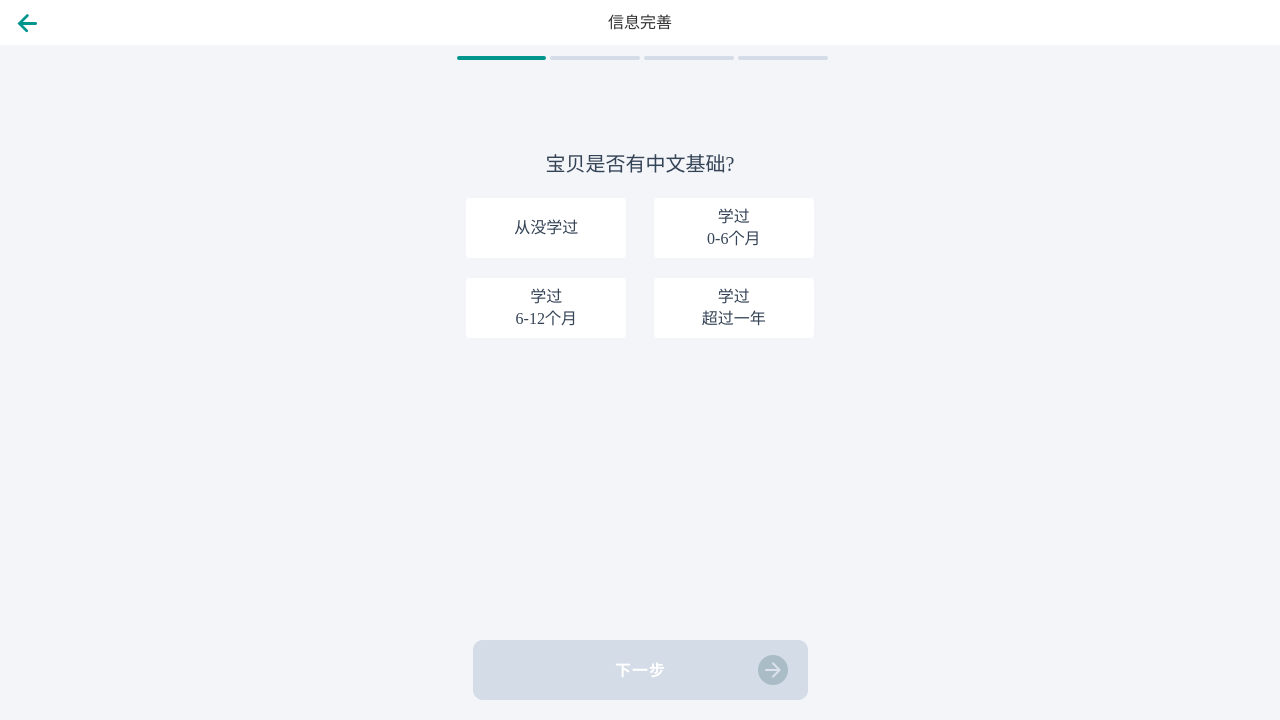
Repository: huangjf1/1
Page: /
An editor plug-in stored every save of this project. The page is shown before and after the next save, followed by the edit.
The browser window is 1280 px wide. The pictures show the whole page.
The project was rebuilt for these pictures with package versions that can differ from the ones it lists, and the page was loaded fresh each time. Also part of the build but not shown: vue.config.js.

Above is the page before, as saved 2021-08-24 11:17:26.

### src/main.js
import { createApp } from 'vue'
import { NavBar, Swipe, SwipeItem, Picker, Field, Popup } from 'vant';
import App from './App.vue'
import router from './router'
import less from 'less'
import "lib-flexible/flexible.js"
import 'vant/lib/index.css';
const app = createApp(App)
app.use(router)
app.use(less)
app.use(NavBar)
app.use(Swipe)
app.use(Picker)
app.use(Field)
app.use(SwipeItem)
app.use(Popup)
app.mount('#app')

### src/App.vue
<template>
  <div id="app">
    <router-view></router-view>
  </div>
</template>

<script>
export default {
  name: 'App',
}
</script>
<style>
*{
  margin: 0;
  padding: 0;
  font-family: Montserrat,PingFang,Microsoft YaHei;
}
#app {
  width: 100%;
  height: 100%;
  position: absolute;
  left: 0;
  right: 0;
  top: 0;
  bottom: 0;
}
</style>

### src/router/index.js
import { createRouter, createWebHashHistory } from 'vue-router'
const router = createRouter({
  history: createWebHashHistory(),
  routes: [
    {
      path: '/',
      name: '/',
      redirect: '/index'
    },
    {
    path: '/index',
    name: 'index',
    component: () => import('@/views/index.vue'),
    meta: {
      index: 1
    }
  },]
})
export default router

### src/views/index.vue

<template>
  <div class="content">
    <van-nav-bar title="信息完善" left-arrow @click-left="onClickLeft">
      <template #left>
        <img class="backIcon" src="@/assets/image/back.png" alt="">
      </template>
    </van-nav-bar>
    <div class="tabs">
      <div :class="initIndex>=0?'currentTab':''"></div>
      <div :class="initIndex>=1?'currentTab':''"></div>
      <div :class="initIndex>=2?'currentTab':''"></div>
      <div :class="initIndex>=3?'currentTab':''"></div>
      <!-- <div :class="initIndex==4?'currentTab':''"></div> -->
    </div>
    <div class="my-swipe">
      <van-swipe ref="swipe"  indicator-color="transparent" :touchable="false">
        <!-- 是否有中文基础 -->
        <van-swipe-item class="pageFour">
          <div class="select-chines">
            <p>宝贝是否有中文基础?</p>
            <div class="select-list-box">
              <div @click="selectChines!=0?selectChines=0:selectChines=null" class="select-list" :class="selectChines==0?'current-select-list':''">
                从没学过
              </div>
              <div @click="selectChines!=1?selectChines=1:selectChines=null" class="select-list" :class="selectChines==1?'current-select-list':''">
                <p>学过</p>
                <p>0-6个月</p>
              </div>
              <div @click="selectChines!=2?selectChines=2:selectChines=null" class="select-list" :class="selectChines==2?'current-select-list':''">
                <p>学过</p>
                <p>6-12个月</p>
              </div>
              <div @click="selectChines!=3?selectChines=3:selectChines=null" class="select-list" :class="selectChines==3?'current-select-list':''">
                <p>学过</p>
                <p>超过一年</p>
              </div>
            </div>
          </div>
          <div class="btn" @click="next(1)" v-show="selectChines!=null"></div>
          <div class="btn-gray" v-show="selectChines==null"></div>
        </van-swipe-item>
        <!-- 学习中文的侧重点 -->
        <van-swipe-item class="pageFour">
          <div class="select-chines">
            <p>宝贝学习中文的侧重点? (可多选)</p>
            <div class="select-list-box">
              <div class="select-list" @click="selectList(item, index)" :class="item.check==true?'current-select-list':''" v-for="(item, index) in list" :key="index">
                {{item.text}}
              </div>
            </div>
          </div>
          <div class="btn" @click="next(2)" v-show="list.some(item => item.check === true)"></div>
          <div class="btn-gray" v-show="!list.some(item => item.check === true)"></div>
        </van-swipe-item>
        <!-- 选择出生年月 -->
        <van-swipe-item class="pageThree">
          <div class="select-age">
            <p>宝贝哪年出生?</p>
            <van-field
              v-model="result"
              is-link
              readonly
              placeholder="请选择"
              @click="showPicker = true"
              arrow-direction='down'
              input-align='center'
              :border='false'
            />
            <div class="age-desc">我们会根据孩子不同的年龄推荐相应的体验课程</div>

          </div>
          <div class="btn" @click="next(3)" v-show="result"></div>
          <div class="btn-gray" v-show="!result"></div>
        </van-swipe-item>
        <!-- 输入昵称 -->
        <van-swipe-item class="pageOne">
          <div class="pageOneDesc">
            <img class="avatar" src="@/assets/image/avatar.png">
            <div class="nameDesc">点击输入宝贝昵称</div>
            <input @input="changeText" v-model="name" type="text" placeholder="请输入">
            <div class="message" :class="firstShow?'messageColor':''">最多14个英文字符或7个汉字</div>
          </div>
          <div class="btn btn-success" v-show="!firstShow"></div>
          <div class="btn-gray" v-show="firstShow"></div>
        </van-swipe-item>
        <!-- 选择性别 -->
        <!-- <van-swipe-item class="pageTwo">
          <div class="selectSex">
            <div class="man" @click="selectSex!=1?selectSex=1:selectSex=''">
              <img class="manImg" src="@/assets/image/man.png">
              <img class="checkImg" v-show="selectSex==1" src="@/assets/image/checked.png">
            </div>
            <div class="andText">或</div>
            <div class="woman" @click="selectSex!=2?selectSex=2:selectSex=''">
              <img class="womanImg" src="@/assets/image/woman.png">
              <img class="checkImg" v-show="selectSex==2" src="@/assets/image/checked.png">
            </div>
          </div>
          <div class="btn" @click="next(2)" v-show="selectSex!=''"></div>
          <div class="btn-gray" v-show="selectSex==''"></div>
        </van-swipe-item> -->
      </van-swipe>
    </div>
    <van-popup v-model:show="showPicker" round position="bottom">
      <van-picker
        show-toolbar
        :columns="columns"
        @cancel="showPicker = false"
        @confirm="onConfirm"
        confirm-button-text="确定"
        confirm-color='red'
      />
    </van-popup>
  </div>
</template>
<script>
import { ref, onMounted } from 'vue'
export default {
  components: {

  },
  setup () {
    let initIndex = ref(0)
    let name = ref('')
    let selectChines = ref(null)
    let swipe = ref('')
    let firstShow = ref(true)
    let selectSex = ref('')
    let date = new Date()
    let year = date.getFullYear()
    console.log(year)
    const columns = []
    for (var i = 2000;i<=year;i++){
      columns.unshift({
        text: i
      })
    }
    // 侧重点列表
    const list = ref([
      { text: '拼音', check: false },
      { text: '听力', check: false },
      { text: '阅读', check: false },
      { text: '口语', check: false}
    ])
    const result = ref('');
    const showPicker = ref(false);
    const onConfirm = (value) => {
      result.value = value.text;
      showPicker.value = false;
    };
    // 返回
    const onClickLeft = () => {
      if (initIndex.value>0){
        swipe.value.prev()
        initIndex.value -= 1
      }
    }
    const selectList = (item) => {
      item.check = !item.check
    }
    const changeText = () => {
      /*eslint-disable*/
      let len = name.value.replace(/[^\x00-\xFF]/g,'**').length
      if (len<=14 && len>0) {
        firstShow.value = false
      } else {
        firstShow.value = true
      }
    }
    const next = (index) => {
      if (initIndex.value<4){
        swipe.value.next()
        initIndex.value = index
      }
    }
    onMounted (()=>{

    })
    return {
      initIndex,
      swipe,
      firstShow,
      columns,
      result,
      showPicker,
      list,
      selectChines,
      name,
      changeText,
      selectSex,
      onClickLeft,
      onConfirm,
      selectList,
      next
    }
  }
}
</script>
<style scoped lang="less">
 .content {
   width: 100%;
   height: 100%;
   margin: 0 auto;
   display: flex;
   flex-direction: column;
   background: #f3f5f9;
   .backIcon {
     width: 24px;
     height: 24px;
   }
   .my-swipe {
      flex: 1;
      .van-swipe {
       height: 100%;
      }
      .van-swipe-item {
       color: #fff;
       font-size: 20px;
       text-align: center;
      }
      /deep/.van-swipe__indicators {
        display: none;
      }
      .pageOne {
        position: relative;
        display: flex;
        flex-direction: column;
        .pageOneDesc{
          flex: 1;
        }
        .avatar {
          width: 110px;
          height: 110px;
          border-radius: 50%;
          box-shadow: 0px 12px 19px rgba(60, 128, 209, 0.0851449);
          margin-top: 80px;
        }
        .nameDesc {
          text-align: center;
          color: #344356;
          font-size: 16px;
          font-weight: 600;
          font-family: PingFang HK;
          margin-top: 25px;
        }
        input {
          width: 335px;
          height: 16px;
          line-height: 16px;
          background: #FFFFFF;
          padding: 17px 0;
          border-radius: 10px;
          border: none;
          outline: none;
          font-size: 16px;
          text-align: center;
          margin-top: 19px;
          color: #344356;
        }
        .message {
          color: #344356;
          font-size: 14px;
          margin-top: 10px;
          &.messageColor {
            color: #FF7044;
          }
        }

      }
      .pageTwo {
        position: relative;
        display: flex;
        flex-direction: column;
        .selectSex {
          width: 140px;
          height: 340px;
          margin: 100px auto 0;
          flex: 1;
          .man,.woman {
            width: 140px;
            height: 140px;
            background: #FFFFFF;
            position: relative;
            cursor: pointer;
            .manImg{
              width: 56px;
              height: 59px;
              position: absolute;
              left: 0;
              top: 0;
              bottom: 0;
              right: 0;
              margin: auto;
            }
            .womanImg {
              width: 62px;
              height: 58px;
              position: absolute;
              left: 0;
              top: 0;
              bottom: 0;
              right: 0;
              margin: auto;
            }
            .checkImg {
              width: 22px;
              height: 22px;
              position: absolute;
              right: 5px;
              top: 5px;
            }
          }
          .andText {
            height: 60px;
            line-height: 60px;
            color: #344356;
            text-align: center;
            font-size: 16px;
          }
        }
      }
      .pageThree {
        display: flex;
        flex-direction: column;
        .select-age {
          width: 335px;
          flex: 1;
          margin: 0 auto;
          >p{
            color: #344356;
            font-size: 20px;
            margin-top: 90px;
            font-family: PingFang HK;
            font-style: normal;
            font-weight: 500;
            margin-bottom: 25px;
          }
          .age-desc {
            color: #5a6776;
            font-family: PingFang HK;
            font-style: normal;
            font-weight: normal;
            font-size: 14px;
            line-height: 20px;
            margin-top: 20px;
          }
          .van-field {
            border-radius: 5px;
          }
          /deep/ .van-popup--bottom {
            width: 375px;
            left: 0;
            right: 0;
            margin: auto;
            bottom: 0;
          }
          /deep/ .van-picker__toolbar {
            color: gray;
          }
          /deep/ .van-picker__confirm {
            color: #344356
          }
        }
      }
      .pageFour {
        width: 375px;
        margin: 0 auto;
        display: flex;
        flex-direction: column;
        .select-chines {
          flex: 1;
          width: 375px;
          margin: 0 auto;
          >p {
            font-family: PingFang HK;
            font-style: normal;
            font-weight: 500;
            font-size: 20px;
            line-height: 28px;
            color: #344356;
            margin-top: 90px;
          }
          .select-list-box {
            display: flex;
            flex-wrap: wrap;
            justify-content: space-around;
          }
          .select-list {
            width: 160px;
            height: 60px;
            display: flex;
            flex-direction: column;
            align-items: center;
            background: white;
            font-family: PingFang HK;
            font-style: normal;
            font-weight: 500;
            font-size: 16px;
            line-height: 22px;
            display: flex;
            justify-content: center;
            text-align: center;
            color: #344356;
            border-radius: 4px;
            margin-top: 20px;
            &.current-select-list {
              background: #088384;
              color: white;
            }
          }
        }
      }
      .btn {
        width: 335px;
        height: 60px;
        background: url('../assets/image/button.png') no-repeat;
        background-size: 100% 100%;
        cursor: pointer;
        margin: 0 auto 20px;
      }
      .btn-success {
        background: url('../assets/image/success.png') no-repeat;
        background-size: 100% 100%;
      }
      .btn-gray {
        width: 335px;
        height: 60px;
        background: url('../assets/image/button_gray.png') no-repeat;
        background-size: 100% 100%;
        cursor: pointer;
        margin: 0 auto 20px;
      }
   }
   .tabs {
     width: 375px;
     height: 4px;
     display: flex;
     justify-content: space-around;
     margin: 10px auto 0;
     div{
       height: 4px;
       flex: 1;
       background: #D4DCE7;
       border-radius: 26px;
       margin-left: 4px;
     }
     .currentTab {
       background: #00968E;
     }
   }
 }

</style>

Loaded but not shown: public/index.html (common file)

After the next save:
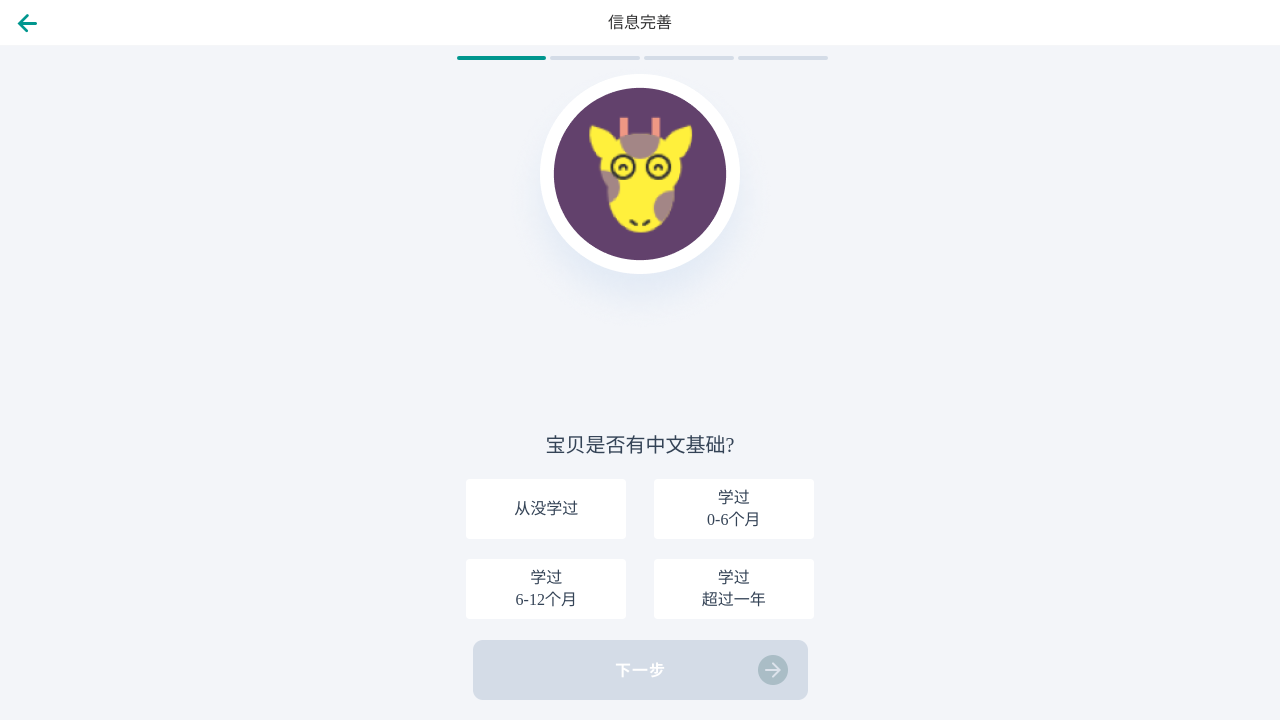
Saved 7 min 44 s later.
--- a/src/views/index.vue
+++ b/src/views/index.vue
@@ -18,6 +18,7 @@
         <!-- 是否有中文基础 -->
         <van-swipe-item class="pageFour">
           <div class="select-chines">
+            <img class="avatar" src="@/assets/image/avatar.png">
             <p>宝贝是否有中文基础?</p>
             <div class="select-list-box">
               <div @click="selectChines!=0?selectChines=0:selectChines=null" class="select-list" :class="selectChines==0?'current-select-list':''">
@@ -43,6 +44,7 @@
         <!-- 学习中文的侧重点 -->
         <van-swipe-item class="pageFour">
           <div class="select-chines">
+            <img class="avatar" src="@/assets/image/avatar.png">
             <p>宝贝学习中文的侧重点? (可多选)</p>
             <div class="select-list-box">
               <div class="select-list" @click="selectList(item, index)" :class="item.check==true?'current-select-list':''" v-for="(item, index) in list" :key="index">
@@ -56,6 +58,7 @@
         <!-- 选择出生年月 -->
         <van-swipe-item class="pageThree">
           <div class="select-age">
+            <img class="avatar" src="@/assets/image/avatar.png">
             <p>宝贝哪年出生?</p>
             <van-field
               v-model="result"
